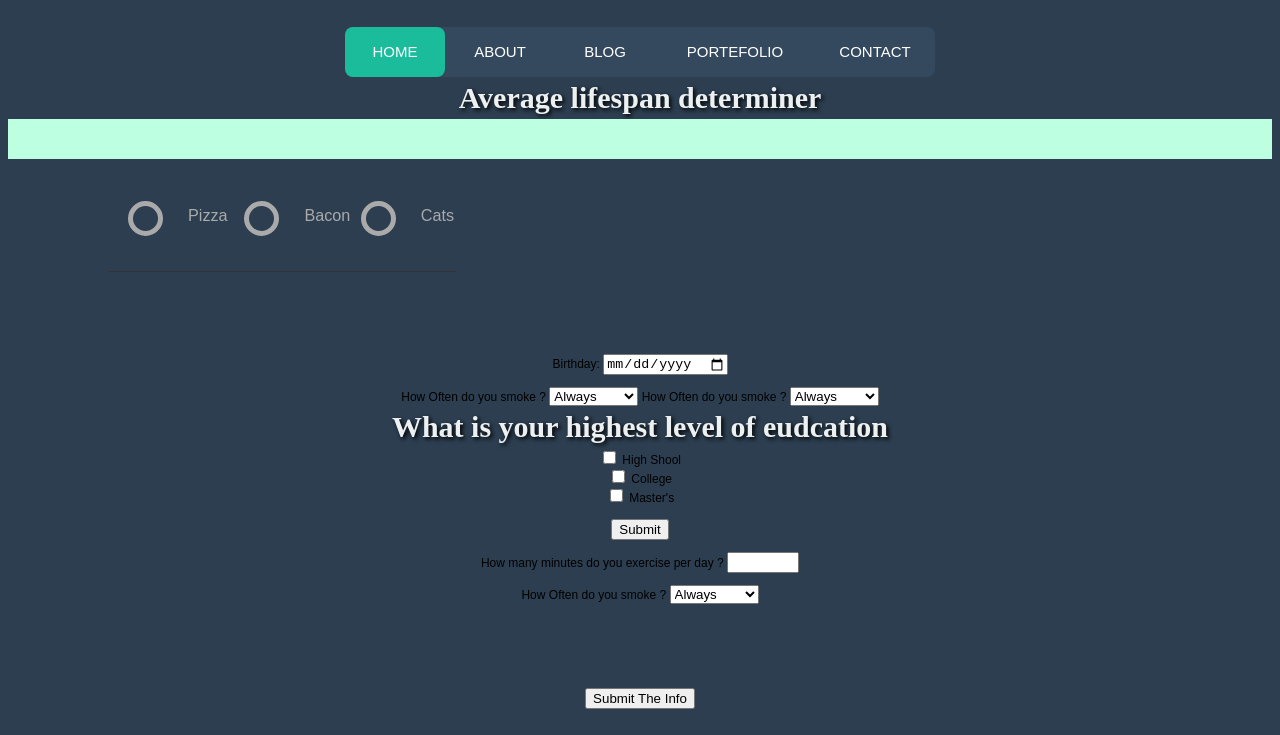
Repository: navid-amini12/capstone-1
Page: wordgame.html
The author's editor kept a copy of each file at every save. The page is drawn from the files as they stood at one save, then again after the next save.
The browser window is 1280 px wide. The pictures show the whole page.

Above is the page before, as saved 2022-06-01 11:32:34.

After the next save:
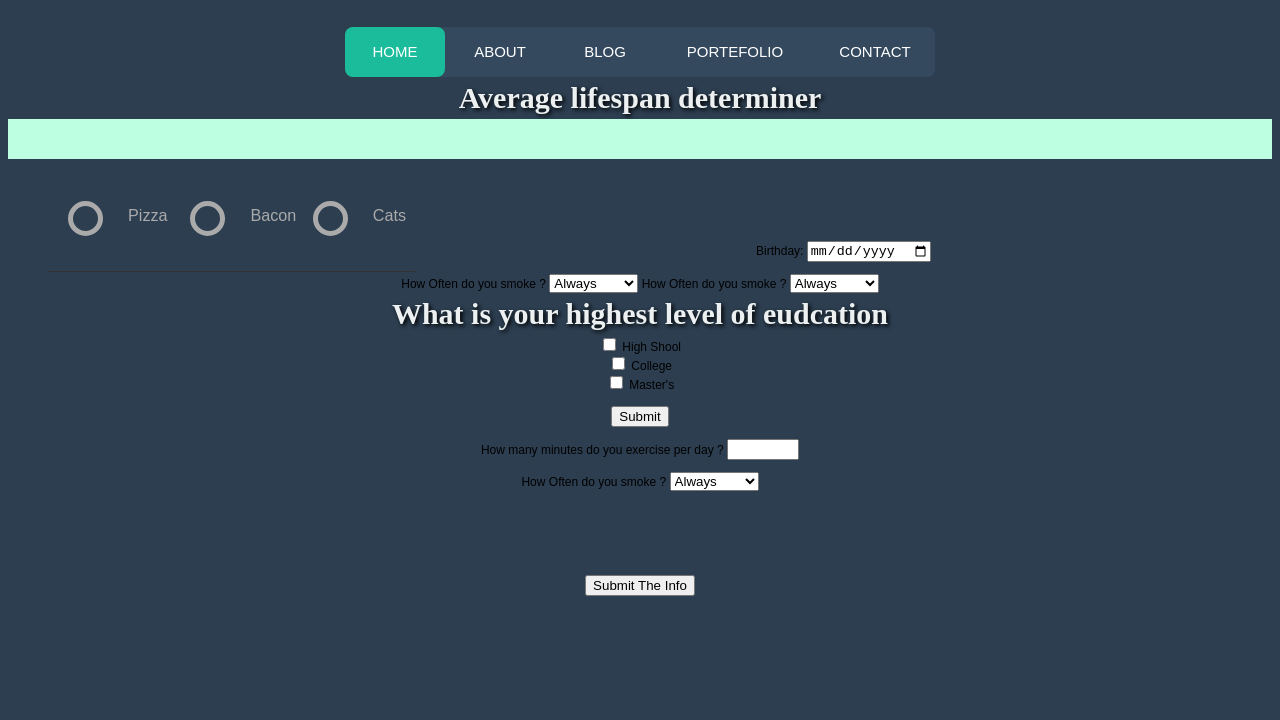
Saved 7 s later.
--- a/Life.css
+++ b/Life.css
@@ -1,12 +1,7 @@
 
 
 
-.container ul{
-  list-style: none;
-  margin-left: 100px;
-  padding: 0;
-	overflow: auto;
-}
+
 
 ul li{
   color: #AAAAAA;
